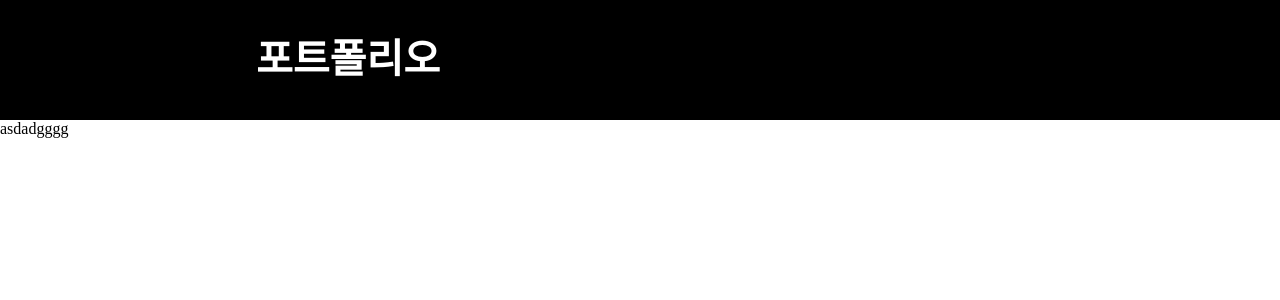
Repository: ItChoi/CSS-Study
Page: Css/WebContent/html/boostcourse/project-A1/portfolio.html
An editor plug-in stored every save of this project. The page is shown before and after the next save, followed by the edit.
The browser window is 1280 px wide. The pictures show the whole page.

Above is the page before, as saved 2019-06-17 12:42:10.

After the next save:
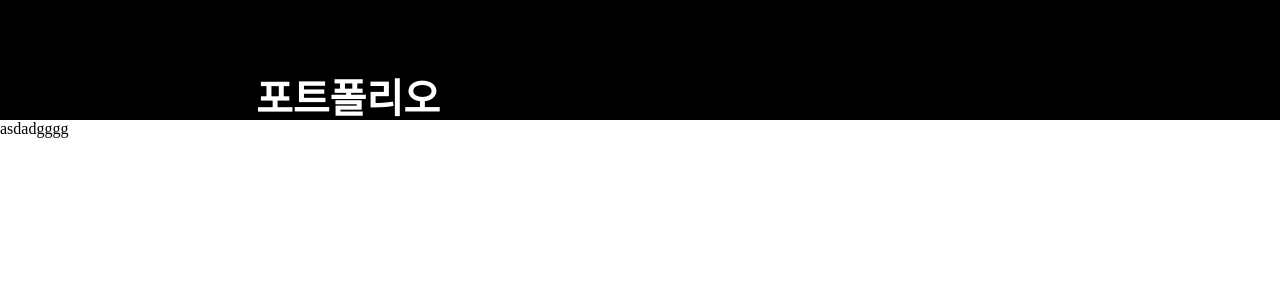
Saved 77 s later.
--- a/Css/WebContent/css/boostcourse/project-A1/portfolio.css
+++ b/Css/WebContent/css/boostcourse/project-A1/portfolio.css
@@ -25,7 +25,6 @@
 }
 
 .title {
-	margin: 0px;
 	color: #fff;
 	font-size: 40px;
 	font-weight: bold;

After the save that followed:
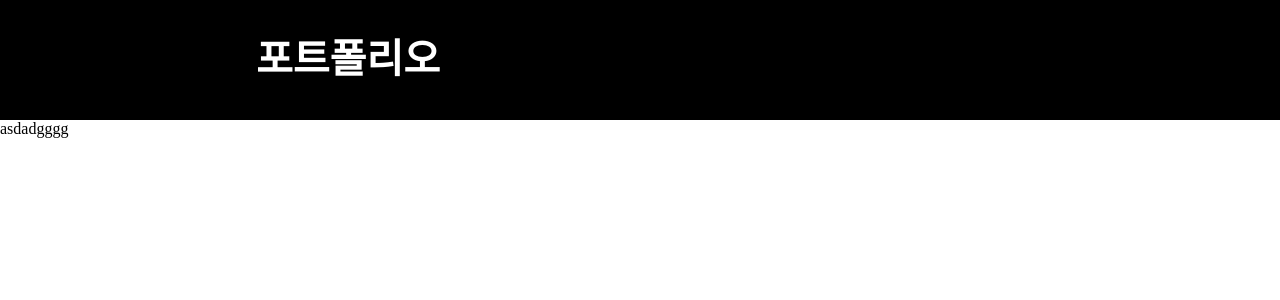
Saved 4 s later.
--- a/Css/WebContent/css/boostcourse/project-A1/portfolio.css
+++ b/Css/WebContent/css/boostcourse/project-A1/portfolio.css
@@ -25,6 +25,7 @@
 }
 
 .title {
+	margin: 0px;
 	color: #fff;
 	font-size: 40px;
 	font-weight: bold;
